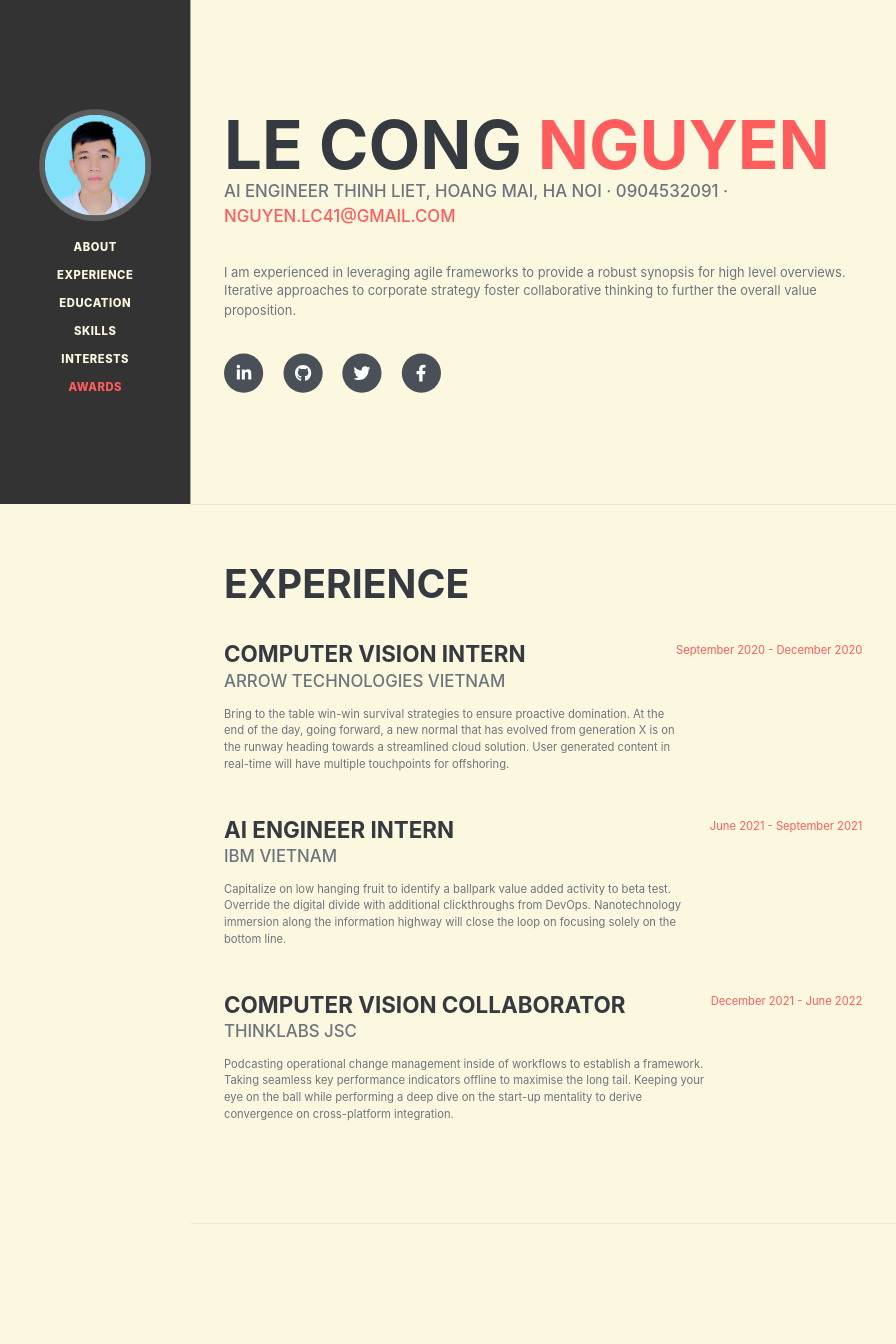
Repository: nguyenlcc/Online-CV
Page: index.html
These files come from the project's save history. The page is drawn as it stood at one moment and after the next save; the edit follows.
The browser window is 1280 px wide. The pictures show the part of the page from y = 0 to 1920 px (the page is 4631 px tall), at 70% of full size.
Some web fonts or font styles are not loaded; a fallback is used. Some web libraries are served in a nearby version.

Above is the page before, as saved 2022-05-23 00:56:42.

### index.html
<!DOCTYPE html>
<html lang="en">
  <head>
    <meta charset="utf-8" />
    <meta
      name="viewport"
      content="width=device-width, initial-scale=1, shrink-to-fit=no"
    />
    <meta name="description" content="" />
    <meta name="author" content="" />
    <title>Le Cong Nguyen</title>
    <link rel="icon" type="image/x-icon" href="assets/img/favicon.ico" />
    <!-- Font Awesome icons (free version)-->
    <script
      src="https://use.fontawesome.com/releases/v5.13.0/js/all.js"
      crossorigin="anonymous"
    ></script>
    <!-- Google fonts-->
    <link
      href="https://fonts.googleapis.com/css?family=Saira+Extra+Condensed:500,700"
      rel="stylesheet"
      type="text/css"
    />
    <link
      href="https://fonts.googleapis.com/css?family=Muli:400,400i,800,800i"
      rel="stylesheet"
      type="text/css"
    />
    <!-- Core theme CSS (includes Bootstrap)-->
    <link href="css/styles.css" rel="stylesheet" />
  </head>
  <body id="page-top">
    <!-- Navigation-->
    <nav
      class="navbar navbar-expand-lg navbar-dark bg-primary fixed-top"
      id="sideNav"
    >
      <a class="navbar-brand js-scroll-trigger" href="#page-top">
        <span class="d-block d-lg-none">LE CONG NGUYEN</span>
        <span class="d-none d-lg-block"
          ><img
            class="img-fluid img-profile rounded-circle mx-auto mb-2"
            src="assets/img/profile.jpg"
            alt=""
        /></span>
      </a>
      <button
        class="navbar-toggler"
        type="button"
        data-toggle="collapse"
        data-target="#navbarSupportedContent"
        aria-controls="navbarSupportedContent"
        aria-expanded="false"
        aria-label="Toggle navigation"
      >
        <span class="navbar-toggler-icon"></span>
      </button>
      <div class="collapse navbar-collapse" id="navbarSupportedContent">
        <ul class="navbar-nav">
          <li class="nav-item">
            <a class="nav-link js-scroll-trigger" href="#about">About</a>
          </li>
          <li class="nav-item">
            <a class="nav-link js-scroll-trigger" href="#experience"
              >Experience</a
            >
          </li>
          <li class="nav-item">
            <a class="nav-link js-scroll-trigger" href="#education"
              >Education</a
            >
          </li>
          <li class="nav-item">
            <a class="nav-link js-scroll-trigger" href="#skills">Skills</a>
          </li>
          <li class="nav-item">
            <a class="nav-link js-scroll-trigger" href="#interests"
              >Interests</a
            >
          </li>
          <li class="nav-item">
            <a class="nav-link js-scroll-trigger" href="#awards">Awards</a>
          </li>
        </ul>
      </div>
    </nav>
    <!-- Page Content-->
    <div class="container-fluid p-0">
      <!-- About-->
      <section class="resume-section" id="about">
        <div class="resume-section-content">
          <h1 class="mb-0">
            LE CONG
            <span class="text-primary">NGUYEN</span>
          </h1>
          <div class="subheading mb-5" white-space: pre-line;>
            AI ENGINEER
            THINH LIET, HOANG MAI, HA NOI · 0904532091 ·
            <a href="mailto:name@email.com">nguyen.lc41@gmail.com</a>
          </div>
          <p class="lead mb-5">
            I am experienced in leveraging agile frameworks to provide a robust
            synopsis for high level overviews. Iterative approaches to corporate
            strategy foster collaborative thinking to further the overall value
            proposition.
          </p>
          <div class="social-icons">
            <a class="social-icon" href="https://www.linkedin.com/in/nguy%C3%AAn-l%C3%AA-c%C3%B4ng-0b1731233/"
              ><i class="fab fa-linkedin-in"></i
            ></a>
            <a class="social-icon" href="https://github.com/nguyenlecong"><i class="fab fa-github"></i></a>
            <a class="social-icon" href="https://twitter.com/vi3ix_"><i class="fab fa-twitter"></i></a>
            <a class="social-icon" href="https://www.facebook.com/nguyenlc5139/"
              ><i class="fab fa-facebook-f"></i
            ></a>
          </div>
        </div>
      </section>
      <hr class="m-0" />
      <!-- Experience-->
      <section class="resume-section" id="experience">
        <div class="resume-section-content">
          <h2 class="mb-5">Experience</h2>
          <div
            class="d-flex flex-column flex-md-row justify-content-between mb-5"
          >
            <div class="flex-grow-1">
              <h3 class="mb-0">Computer Vision Intern</h3>
              <div class="subheading mb-3">Arrow Technologies Vietnam</div>
              <p>
                Bring to the table win-win survival strategies to ensure
                proactive domination. At the end of the day, going forward, a
                new normal that has evolved from generation X is on the runway
                heading towards a streamlined cloud solution. User generated
                content in real-time will have multiple touchpoints for
                offshoring.
              </p>
            </div>
            <div class="flex-shrink-0">
              <span class="text-primary">September 2020 - December 2020</span>
            </div>
          </div>
          <div
            class="d-flex flex-column flex-md-row justify-content-between mb-5"
          >
            <div class="flex-grow-1">
              <h3 class="mb-0">AI Engineer Intern</h3>
              <div class="subheading mb-3">IBM Vietnam</div>
              <p>
                Capitalize on low hanging fruit to identify a ballpark value
                added activity to beta test. Override the digital divide with
                additional clickthroughs from DevOps. Nanotechnology immersion
                along the information highway will close the loop on focusing
                solely on the bottom line.
              </p>
            </div>
            <div class="flex-shrink-0">
              <span class="text-primary">June 2021 - September 2021</span>
            </div>
          </div>
          <div
            class="d-flex flex-column flex-md-row justify-content-between mb-5"
          >
            <div class="flex-grow-1">
              <h3 class="mb-0">Computer Vision Collaborator</h3>
              <div class="subheading mb-3">ThinkLABs JSC</div>
              <p>
                Podcasting operational change management inside of workflows to
                establish a framework. Taking seamless key performance
                indicators offline to maximise the long tail. Keeping your eye
                on the ball while performing a deep dive on the start-up
                mentality to derive convergence on cross-platform integration.
              </p>
            </div>
            <div class="flex-shrink-0">
              <span class="text-primary">December 2021 - June 2022</span>
            </div>
          </div>
        </div>
      </section>
      <hr class="m-0" />
      <!-- Education-->
      <section class="resume-section" id="education">
        <div class="resume-section-content">
          <h2 class="mb-5">Education</h2>
          <div
            class="d-flex flex-column flex-md-row justify-content-between mb-5"
          >
            <div class="flex-grow-1">
              <h3 class="mb-0">HANOI UNIVERSITY OF SCIENCE AND TECHNOLOGY</h3>
              <div class="subheading mb-3">
                SCHOOL OF INFORMATION AND COMMUNICATION TECHNOLOGY
              </div>
              <div>Computer Science</div>
              <p>GPA: 3.16</p>
            </div>
            <div class="flex-shrink-0">
              <span class="text-primary">August 2017 - Now</span>
            </div>
          </div>
          <!-- <div class="d-flex flex-column flex-md-row justify-content-between">
            <div class="flex-grow-1">
              <h3 class="mb-0">James Buchanan High School</h3>
              <div class="subheading mb-3">Technology Magnet Program</div>
              <p>GPA: 3.56</p>
            </div>
            <div class="flex-shrink-0">
              <span class="text-primary">August 2002 - May 2006</span>
            </div> -->
          </div>
        </div>
      </section>
      <hr class="m-0" />
      <!-- Skills-->
      <section class="resume-section" id="skills">
        <div class="resume-section-content">
          <h2 class="mb-5">Skills</h2>
          <div class="subheading mb-3">Programming Languages & Tools</div>
          <ul class="list-inline dev-icons">
            <li class="list-inline-item"><i class="fab fa-html5"></i></li>
            <li class="list-inline-item"><i class="fab fa-css3-alt"></i></li>
            <li class="list-inline-item"><i class="fab fa-js-square"></i></li>
            <li class="list-inline-item"><i class="fab fa-angular"></i></li>
            <li class="list-inline-item"><i class="fab fa-react"></i></li>
            <li class="list-inline-item"><i class="fab fa-node-js"></i></li>
            <li class="list-inline-item"><i class="fab fa-sass"></i></li>
            <li class="list-inline-item"><i class="fab fa-less"></i></li>
            <li class="list-inline-item"><i class="fab fa-wordpress"></i></li>
            <li class="list-inline-item"><i class="fab fa-gulp"></i></li>
            <li class="list-inline-item"><i class="fab fa-grunt"></i></li>
            <li class="list-inline-item"><i class="fab fa-npm"></i></li>
          </ul>
          <div class="subheading mb-3">Workflow</div>
          <ul class="fa-ul mb-0">
            <li>
              <span class="fa-li"><i class="fas fa-check"></i></span>
              Mobile-First, Responsive Design
            </li>
            <li>
              <span class="fa-li"><i class="fas fa-check"></i></span>
              Cross Browser Testing & Debugging
            </li>
            <li>
              <span class="fa-li"><i class="fas fa-check"></i></span>
              Cross Functional Teams
            </li>
            <li>
              <span class="fa-li"><i class="fas fa-check"></i></span>
              Agile Development & Scrum
            </li>
          </ul>
        </div>
      </section>
      <hr class="m-0" />
      <!-- Interests-->
      <section class="resume-section" id="interests">
        <div class="resume-section-content">
          <h2 class="mb-5">Interests</h2>
          <p>
            Apart from being a web developer, I enjoy most of my time being
            outdoors. In the winter, I am an avid skier and novice ice climber.
            During the warmer months here in Colorado, I enjoy mountain biking,
            free climbing, and kayaking.
          </p>
          <p class="mb-0">
            When forced indoors, I follow a number of sci-fi and fantasy genre
            movies and television shows, I am an aspiring chef, and I spend a
            large amount of my free time exploring the latest technology
            advancements in the front-end web development world.
          </p>
        </div>
      </section>
      <hr class="m-0" />
      <!-- Awards-->
      <section class="resume-section" id="awards">
        <div class="resume-section-content">
          <h2 class="mb-5">Awards & Certifications</h2>
          <ul class="fa-ul mb-0">
            <li>
              <span class="fa-li"
                ><i class="fas fa-trophy text-warning"></i
              ></span>
              Silver Medal for Excellence in Mathematics on Casio Calculator in 12th Grade
            </li>
            <li>
              <span class="fa-li"
                ><i class="fas fa-trophy text-warning"></i
              ></span>
              Consolation Prize in the Provincial Examination for Excellent Students in Mathematics in 12th Grade
            </li>
            <li>
              <span class="fa-li"
                ><i class="fas fa-trophy text-warning"></i
              ></span>
              Level B of Scholarships for the Term 2 of the School Year 2020-2021, Hanoi University of Science and Technology
            </li>
            <li>
              <span class="fa-li"
                ><i class="fas fa-trophy text-warning"></i
              ></span>
              Level A of Scholarships for the Term 1 of the School Year 2021-2022, Hanoi University of Science and Technology
            </li>
          </ul>
        </div>
      </section>
    </div>
    <!-- Bootstrap core JS-->
    <script src="https://cdnjs.cloudflare.com/ajax/libs/jquery/3.5.1/jquery.min.js"></script>
    <script src="https://stackpath.bootstrapcdn.com/bootstrap/4.5.0/js/bootstrap.bundle.min.js"></script>
    <!-- Third party plugin JS-->
    <script src="https://cdnjs.cloudflare.com/ajax/libs/jquery-easing/1.4.1/jquery.easing.min.js"></script>
    <!-- Core theme JS-->
    <script src="js/scripts.js"></script>
  </body>
</html>

### js/scripts.js
/*!
    * Start Bootstrap - Resume v6.0.1 (https://startbootstrap.com/template-overviews/resume)
    * Copyright 2013-2020 Start Bootstrap
    * Licensed under MIT (https://github.com/StartBootstrap/startbootstrap-resume/blob/master/LICENSE)
    */
    (function ($) {
    "use strict"; // Start of use strict

    // Smooth scrolling using jQuery easing
    $('a.js-scroll-trigger[href*="#"]:not([href="#"])').click(function () {
        if (
            location.pathname.replace(/^\//, "") ==
                this.pathname.replace(/^\//, "") &&
            location.hostname == this.hostname
        ) {
            var target = $(this.hash);
            target = target.length
                ? target
                : $("[name=" + this.hash.slice(1) + "]");
            if (target.length) {
                $("html, body").animate(
                    {
                        scrollTop: target.offset().top,
                    },
                    1000,
                    "easeInOutExpo"
                );
                return false;
            }
        }
    });

    // Closes responsive menu when a scroll trigger link is clicked
    $(".js-scroll-trigger").click(function () {
        $(".navbar-collapse").collapse("hide");
    });

    // Activate scrollspy to add active class to navbar items on scroll
    $("body").scrollspy({
        target: "#sideNav",
    });
})(jQuery); // End of use strict

Loaded but not shown: css/styles.css (library)

After the next save:
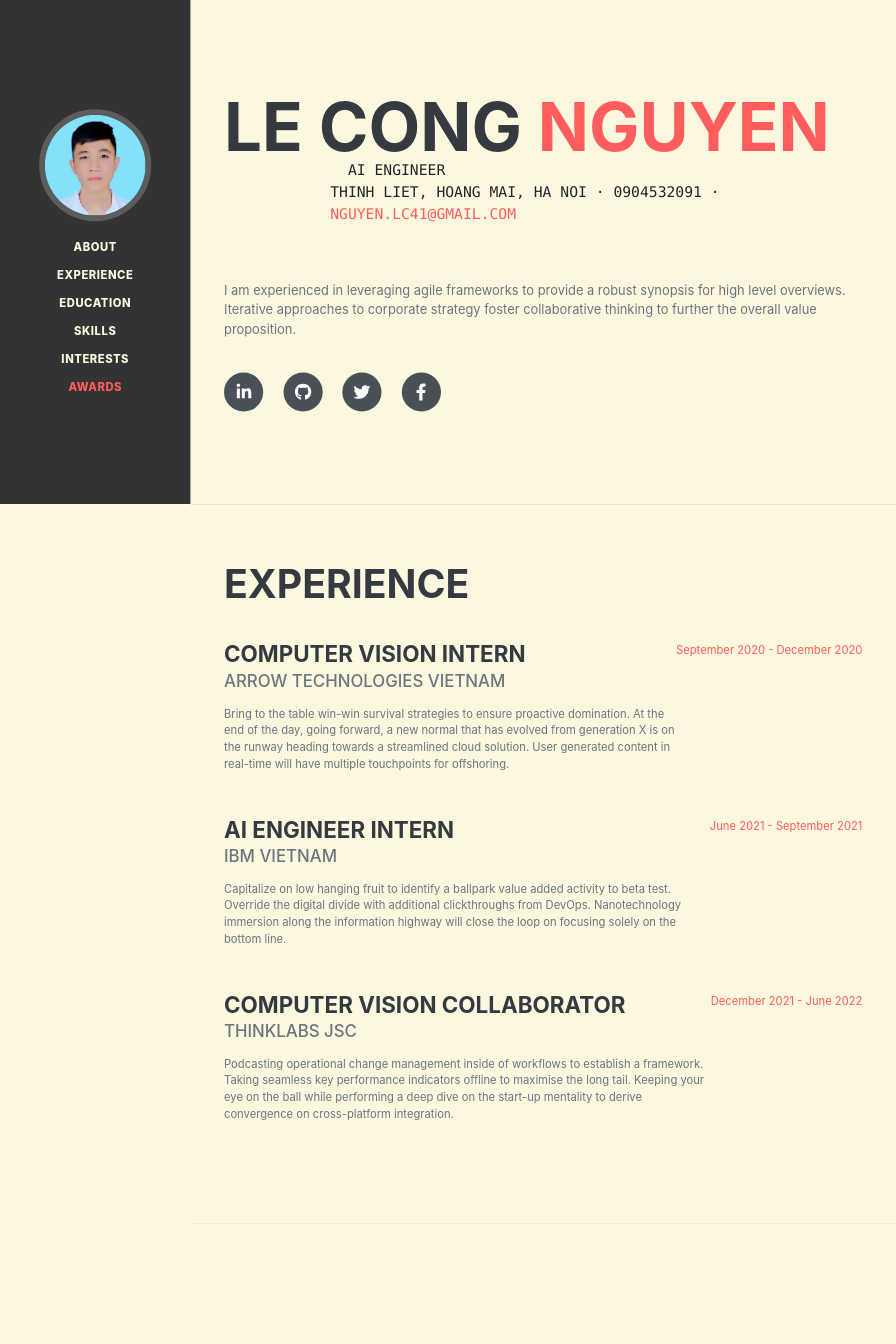
Saved 74 s later.
--- a/index.html
+++ b/index.html
@@ -93,10 +93,12 @@
             LE CONG
             <span class="text-primary">NGUYEN</span>
           </h1>
-          <div class="subheading mb-5" white-space: pre-line;>
-            AI ENGINEER
+          <div class="subheading mb-5">
+            <pre>
+              AI ENGINEER
             THINH LIET, HOANG MAI, HA NOI · 0904532091 ·
             <a href="mailto:name@email.com">nguyen.lc41@gmail.com</a>
+          </pre>
           </div>
           <p class="lead mb-5">
             I am experienced in leveraging agile frameworks to provide a robust
